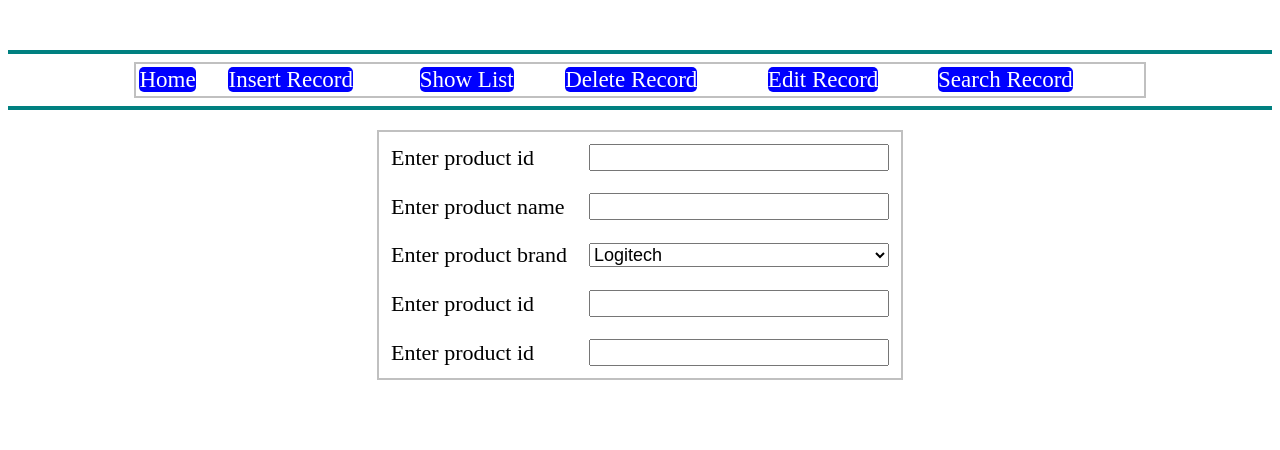
Repository: nikunj-var/Advance_Java
Page: http://localhost/product_management/insert.jsp
The author's editor kept a copy of each file at every save. The page is drawn from the files as they stood at one save, then again after the next save.
The browser window is 1280 px wide. The pictures show the whole page.
The page is served by Tomcat 10.

Above is the page before, as saved 2023-07-17 13:21:48.

After the next save:
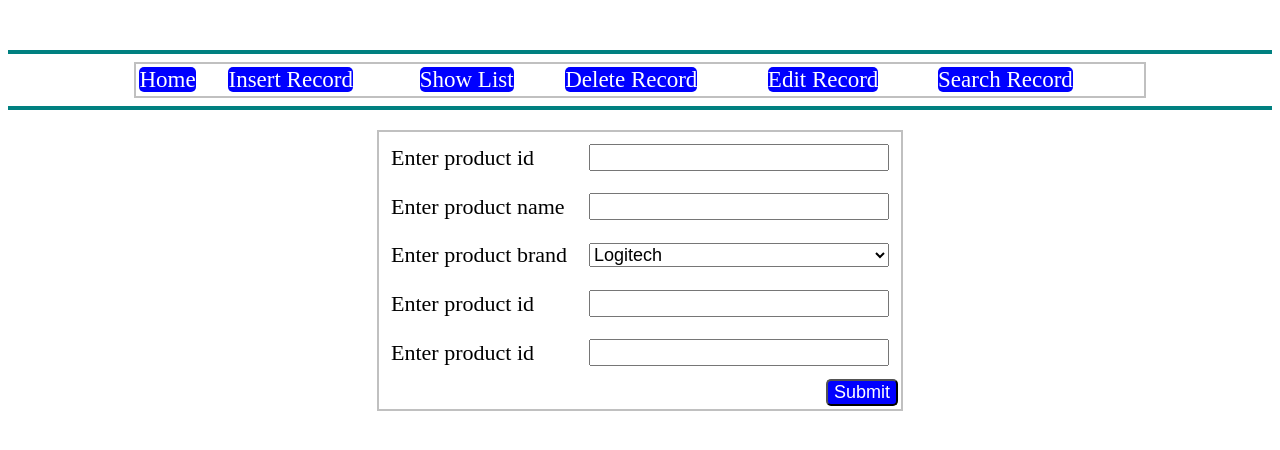
Saved 11 min 13 s later.
--- a/product_management/src/main/webapp/insert.jsp
+++ b/product_management/src/main/webapp/insert.jsp
@@ -31,6 +31,11 @@
 				<td class='tabledata'>Enter product id</td>
 				<td class='tabledata'><input type="text" class="textbox" name="pid" required></td>
 			</tr>
+			<tr>
+				<td colspan = '2' align='right'>
+					<button class='button'>Submit</button>
+				</td>
+			</tr>
 		</table>
 	</body>
 </html>
